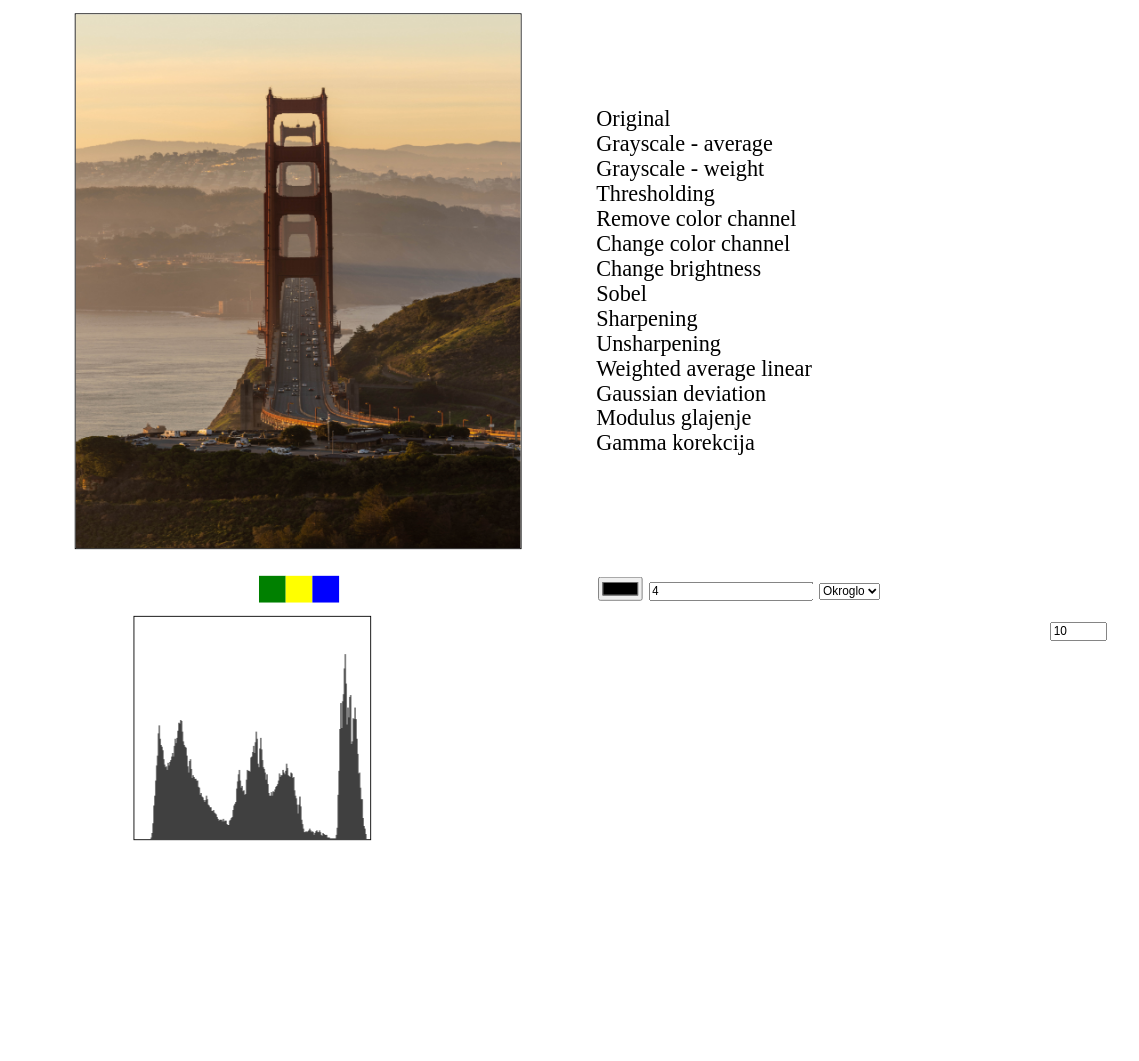
Repository: fussionko/web_photoshop
Page: index.html
These files come from the project's save history. The page is drawn as it stood at one moment and after a run of saves; the edit follows.
The browser window is 1280 px wide. The pictures show the whole page, at 89% of full size.

Above is the page before, as saved 2022-04-28 13:09:25.

After the next 2 saves:
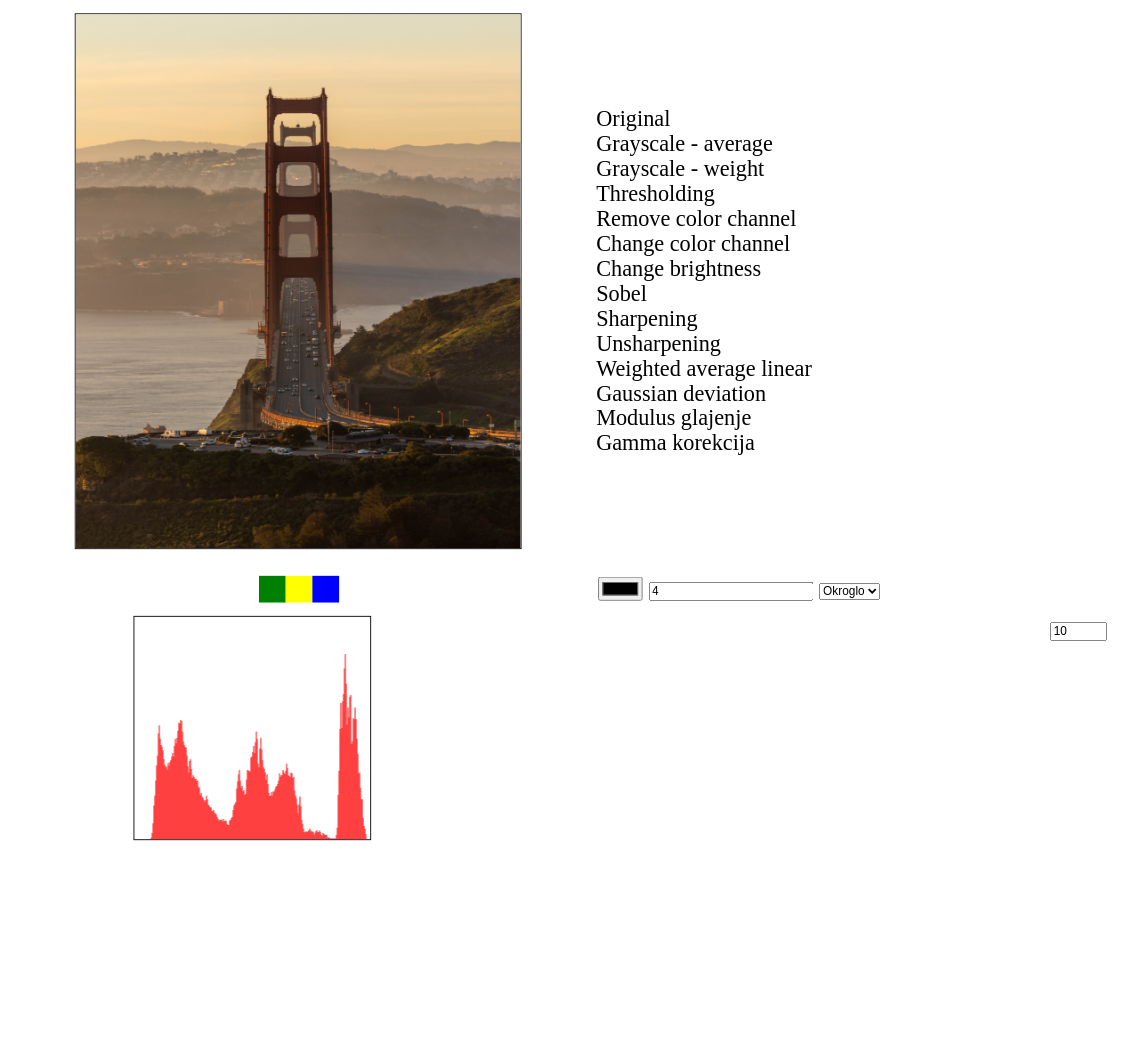
The 2 saves are shown as one change because they came seconds apart.
The last was saved 9 s later.
--- a/graph.js
+++ b/graph.js
@@ -108,7 +108,7 @@ function draw_graph()
         range = parseInt(range);
         graph_ctx.beginPath();
         graph_ctx.moveTo(5+range, y);
-        main_ctx.strokeStyle = "#FF0000";
+        graph_ctx.strokeStyle = "#FF0000";
         graph_ctx.lineTo(range+5, y-graph["r"][range]);
         graph_ctx.stroke();
     }
